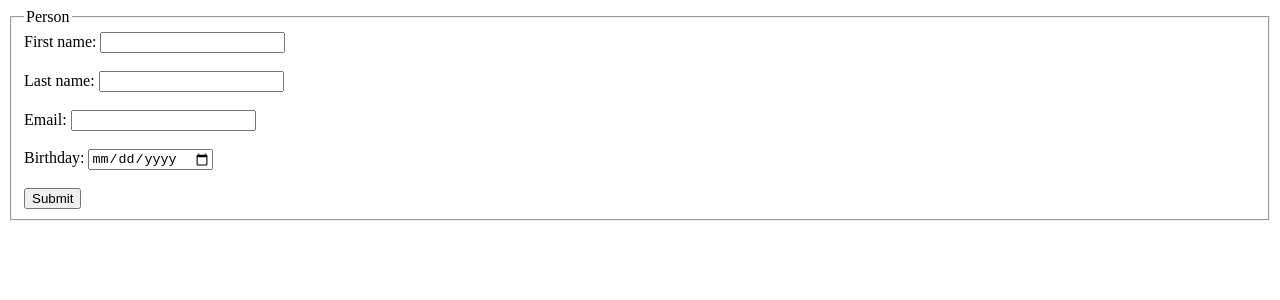
Repository: nttthao9/management
Page: index.html
The author's editor kept a copy of each file at every save. The page is drawn from the files as they stood at one save, then again after the next save.
The browser window is 1280 px wide. The pictures show the whole page.

Above is the page before, as saved 2021-10-13 08:26:15.

### index.html
<!DOCTYPE html>
<html lang="en">

<head>
  <meta charset="UTF-8">
  <meta http-equiv="X-UA-Compatible" content="IE=edge">
  <meta name="viewport" content="width=device-width, initial-scale=1.0">
  <title>Promise</title>
</head>

<body>
  <form action="" id="form">
    <fieldset>
      <legend>Person</legend>
      <label for="fname">First name:</label>
      <input type="text" id="fname" name="fname"><br><br>
      <label for="lname">Last name:</label>
      <input type="text" id="lname" name="lname"><br><br>
      <label for="email">Email:</label>
      <input type="email" id="email" name="email"><br><br>
      <label for="birthday">Birthday:</label>
      <input type="date" id="birthday" name="birthday"><br><br>
      <input type="submit" value="Submit">
    </fieldset>
  </form>
  <script src="./main.js"></script>
</body>

</html>

Loaded but not shown: main.js (no stored copy; drawn as an empty file)

After the next save:
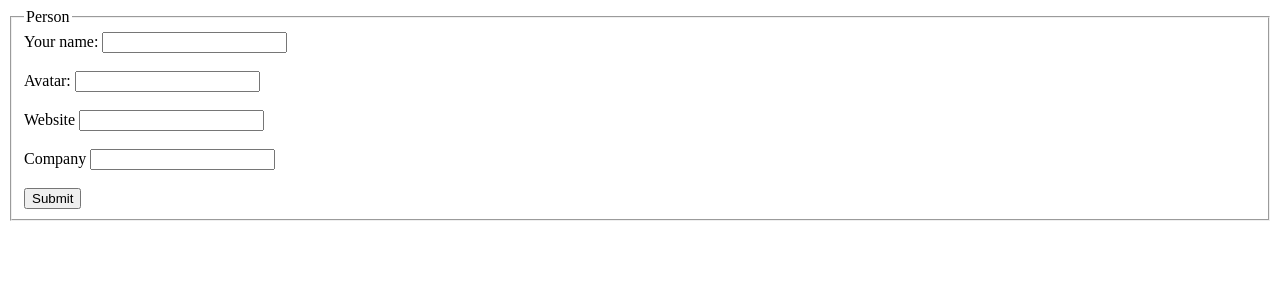
Saved 48 min 53 s later.
--- a/index.html
+++ b/index.html
@@ -12,14 +12,14 @@
   <form action="" id="form">
     <fieldset>
       <legend>Person</legend>
-      <label for="fname">First name:</label>
-      <input type="text" id="fname" name="fname"><br><br>
-      <label for="lname">Last name:</label>
-      <input type="text" id="lname" name="lname"><br><br>
-      <label for="email">Email:</label>
-      <input type="email" id="email" name="email"><br><br>
-      <label for="birthday">Birthday:</label>
-      <input type="date" id="birthday" name="birthday"><br><br>
+      <label for="name">Your name:</label>
+      <input type="text" id="name" name="name"><br><br>
+      <label for="avatar">Avatar:</label>
+      <input type="text" id="avatar" name="avatar"><br><br>
+      <label for="link-web">Website</label>
+      <input type="link-web" id="link-web" name="link-web"><br><br>
+      <label for="company">Company</label>
+      <input type="text" id="company" name="company"><br><br>
       <input type="submit" value="Submit">
     </fieldset>
   </form>
